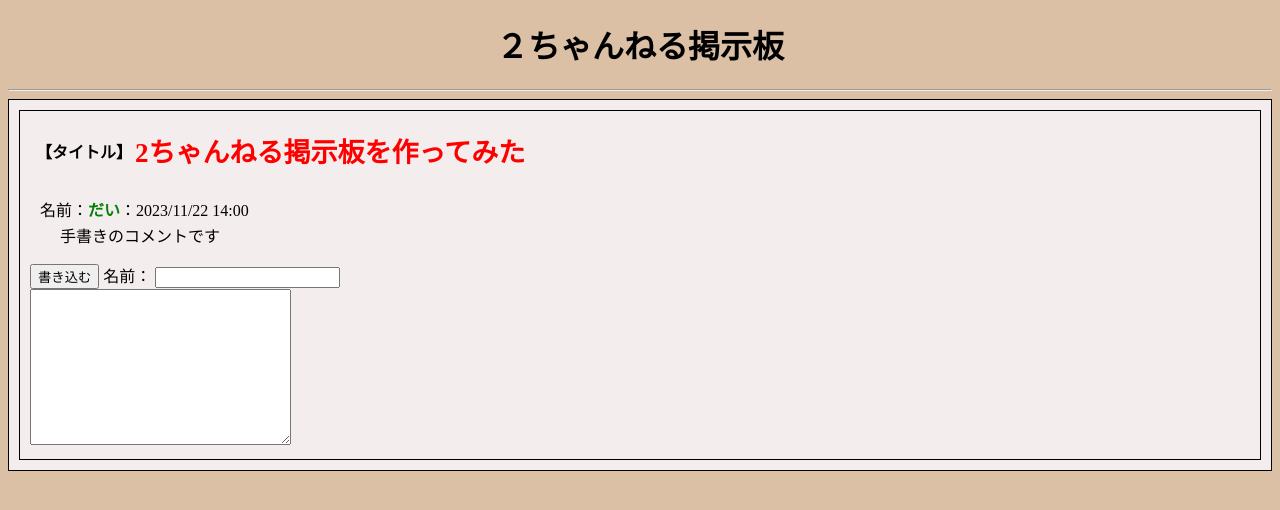
Repository: daidai0602/mba_portal
Page: http://localhost/
These files come from the project's save history. The page is drawn as it stood at one moment and after the next save; the edit follows.
The browser window is 1280 px wide. The pictures show the whole page.
The page is run by PHP 8.4 with error messages shown; the project is at /var/www/html/.

Above is the page before, as saved 2023-11-22 15:00:07.

After the next save:
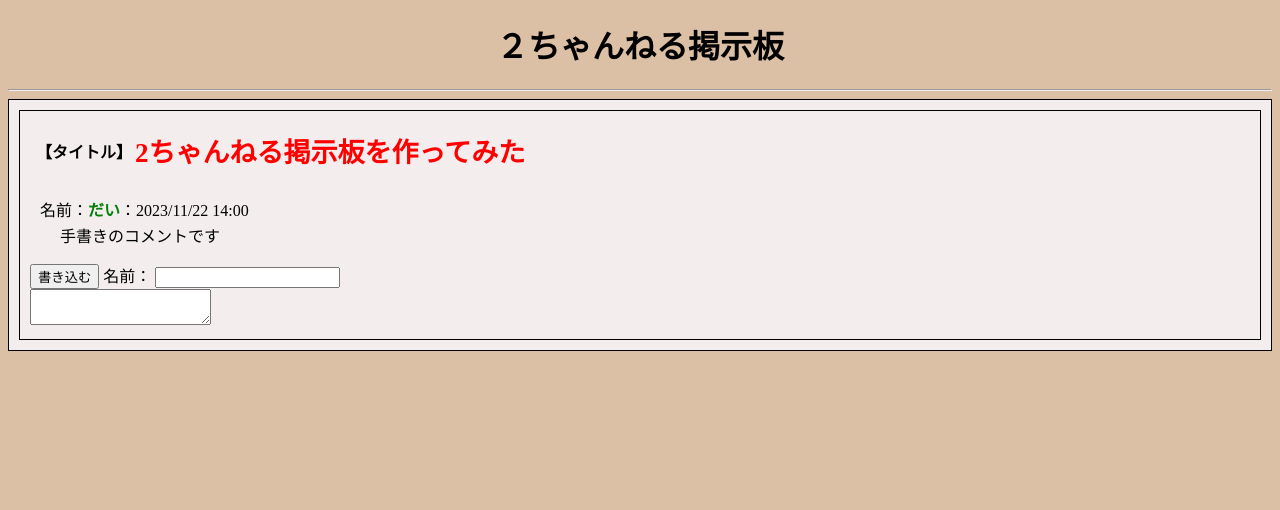
Saved 11 s later.
--- a/index.php
+++ b/index.php
@@ -40,7 +40,7 @@
           <input type="text">
         </div>
         <div>
-          <textarea name="" id="" cols="30" rows="10"></textarea>
+          <textarea ></textarea>
         </div>
       </form>
     </div>
